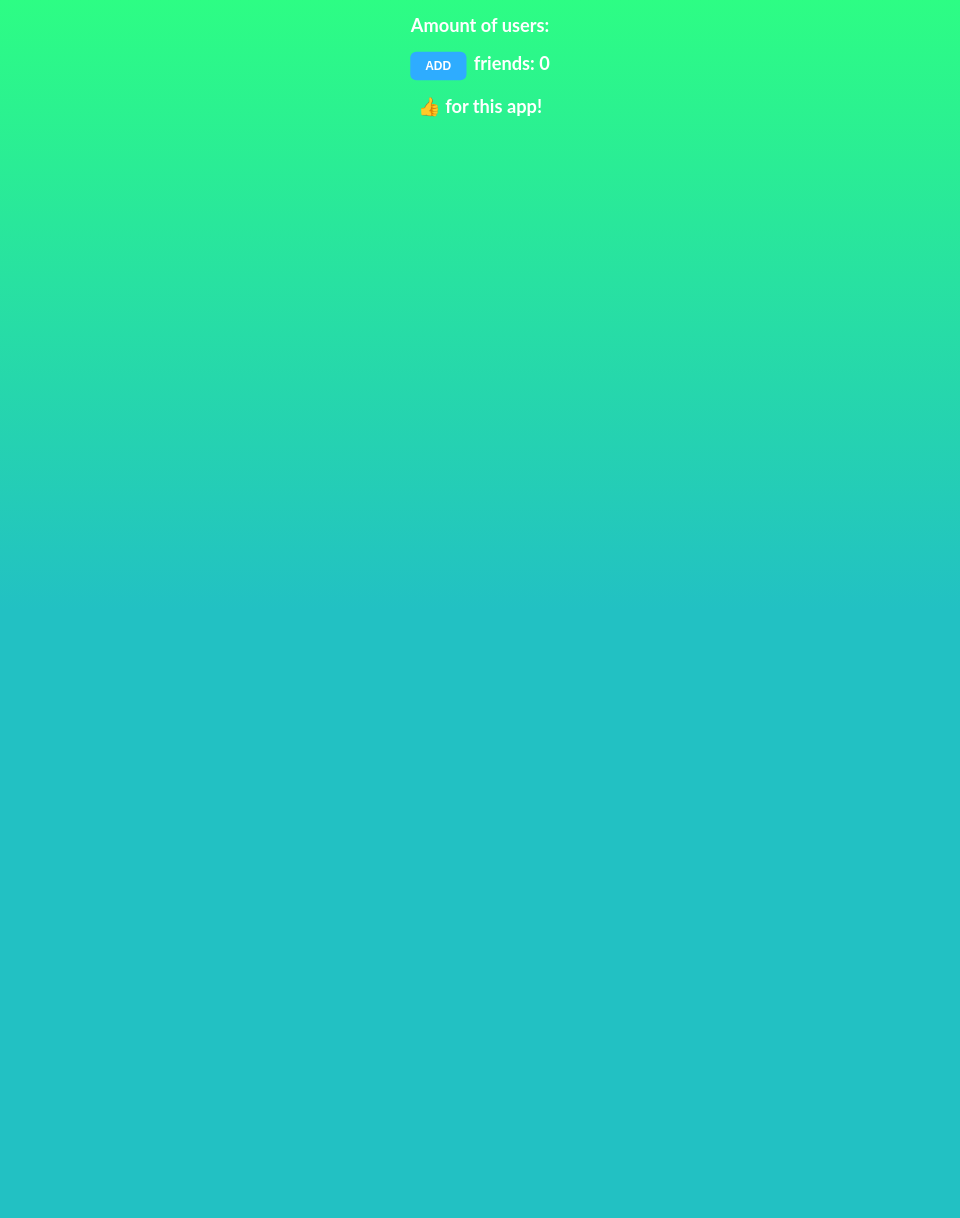
Repository: marcinszymaszek/facelook
Page: /
These files come from the project's save history. The page is drawn as it stood at one moment and after the next save; the edit follows.
The browser window is 1280 px wide. The pictures show the whole page, at 75% of full size.
The page's requests for data from a server got no answer. The project was rebuilt for these pictures with package versions that can differ from the ones it lists, and the page was loaded fresh each time. No one was signed in, and anything a server would have sent is missing.

Above is the page before, as saved 2020-01-12 22:55:22.

After the next save:
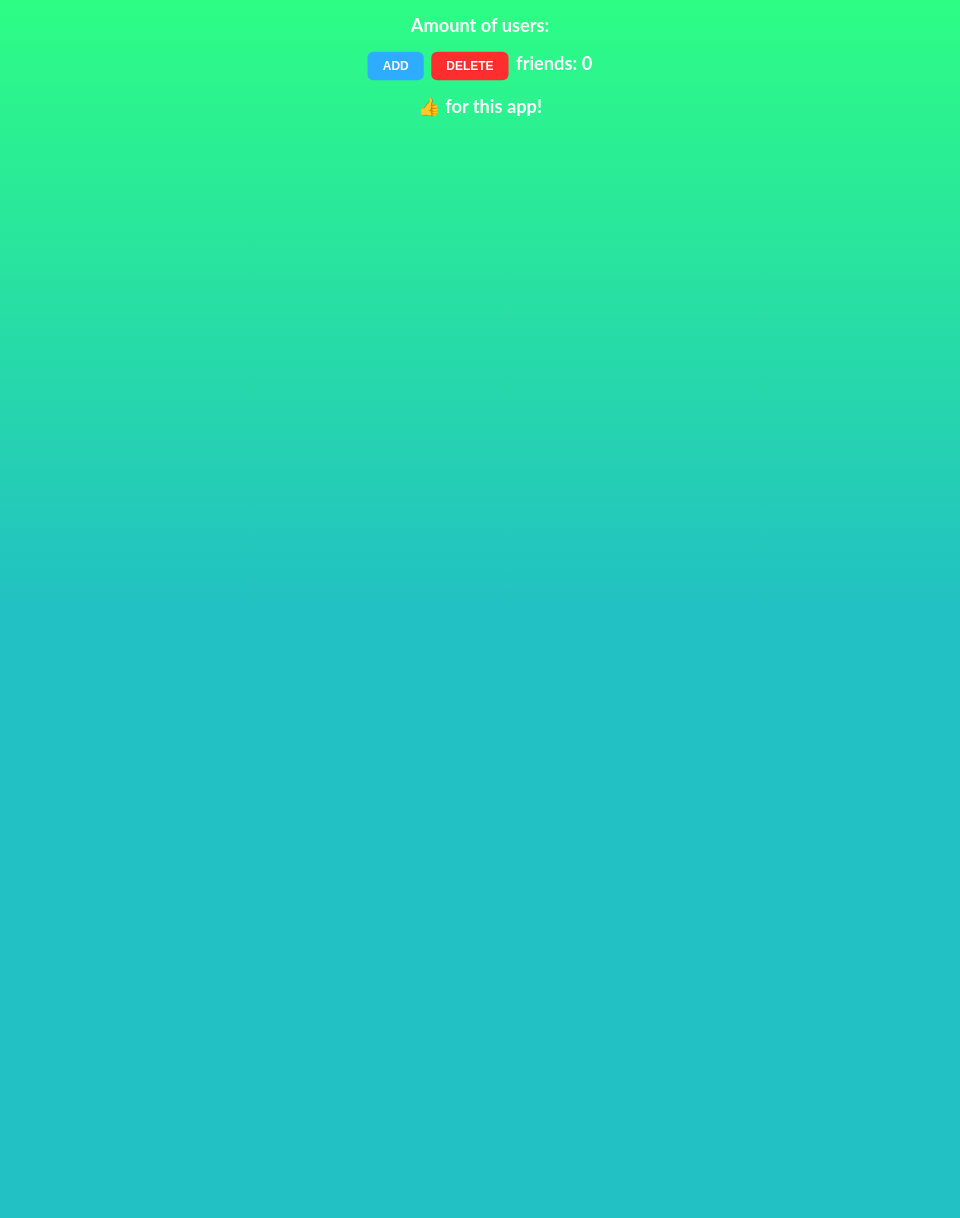
Saved 4 min 0 s later.
--- a/src/components/main/App.js
+++ b/src/components/main/App.js
@@ -1,6 +1,6 @@
 import React, { useState, useEffect } from 'react';
 import Users from '../users/Users'
-import MainInfo from '../main-info/MainInfo'
+import MainInfo from '../information/MainInfo'
 import axios from 'axios';
 
 const App = () => {
--- a/src/components/information/MainInfo.js
+++ b/src/components/information/MainInfo.js
@@ -16,6 +16,7 @@ const MainInfo = ({ usersAmount }) => {
             </h3>
             <h3>
                 <button className="btn-add" onClick={() => setFreinds(friends + 1)}>ADD</button>
+                <button className="btn-delete" onClick={() => setFreinds(friends - 1)}>DELETE</button>
                 friends: {friends}
             </h3>
             <h3 id="thumb-txt" onClick={toggle}>
--- a/src/components/information/MainInfo.css
+++ b/src/components/information/MainInfo.css
@@ -2,7 +2,7 @@
     cursor: pointer;
 }
 
-.btn-add{
+.btn-add, .btn-delete {
     background-color: rgb(46, 172, 255);
     border: none;
     color: white;
@@ -18,6 +18,18 @@
     font-weight: bold;
 }
 
+.btn-add {
+    background-color: rgb(46, 172, 255);
+}
+
 .btn-add:hover{
     background-color: rgb(30, 165, 255);
 }
+
+.btn-delete {
+    background-color: rgb(255, 46, 46);
+}
+
+.btn-delete:hover {
+    background-color:  rgb(255, 38, 38);
+}
